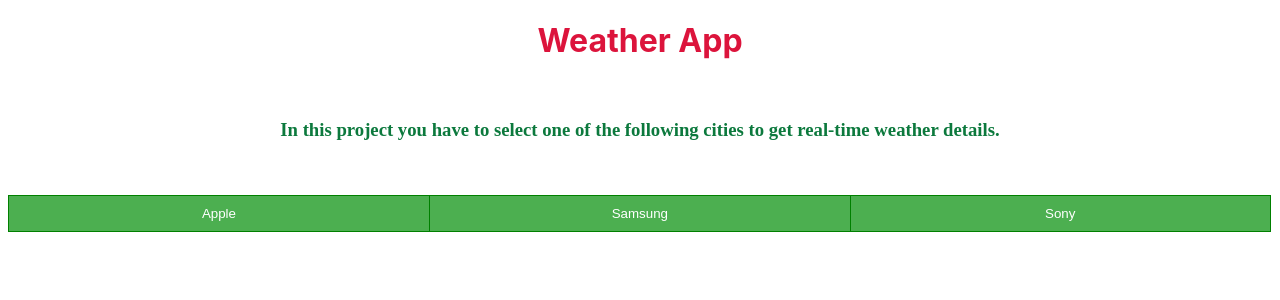
Repository: AalokJadhav/Weather_Website
Page: welcome.html
The author's editor kept a copy of each file at every save. The page is drawn from the files as they stood at one save, then again after the next save.
The browser window is 1280 px wide. The pictures show the whole page.

Above is the page before, as saved 2020-11-03 08:03:40.

After the next save:
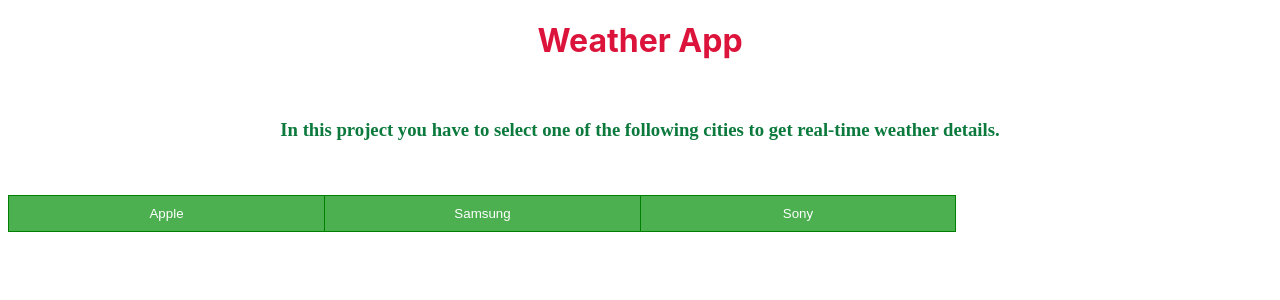
Saved 40 s later.
--- a/welcome.html
+++ b/welcome.html
@@ -42,9 +42,9 @@
     <br><br>
 
     <div class="btn-group" style="width:100%">
-        <button style="width:33.3%">Apple</button>
-        <button style="width:33.3%">Samsung</button>
-        <button style="width:33.3%">Sony</button>
+        <button style="width:25%">Apple</button>
+        <button style="width:25%">Samsung</button>
+        <button style="width:25%">Sony</button>
       </div>
 </body>
 </html>
